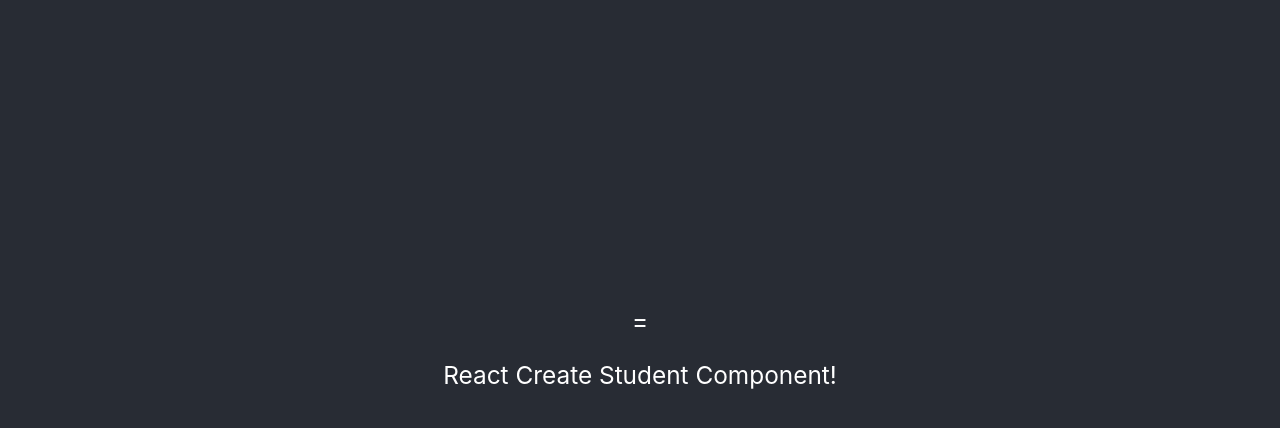
Repository: appikonda/MERN-Stack-App
Page: /
The author's editor kept a copy of each file at every save. The page is drawn from the files as they stood at one save, then again after the next save.
The browser window is 1280 px wide. The pictures show the whole page.
The project was rebuilt for these pictures with package versions that can differ from the ones it lists, and the page was loaded fresh each time.

Above is the page before, as saved 2019-11-21 15:06:23.

After the next save:
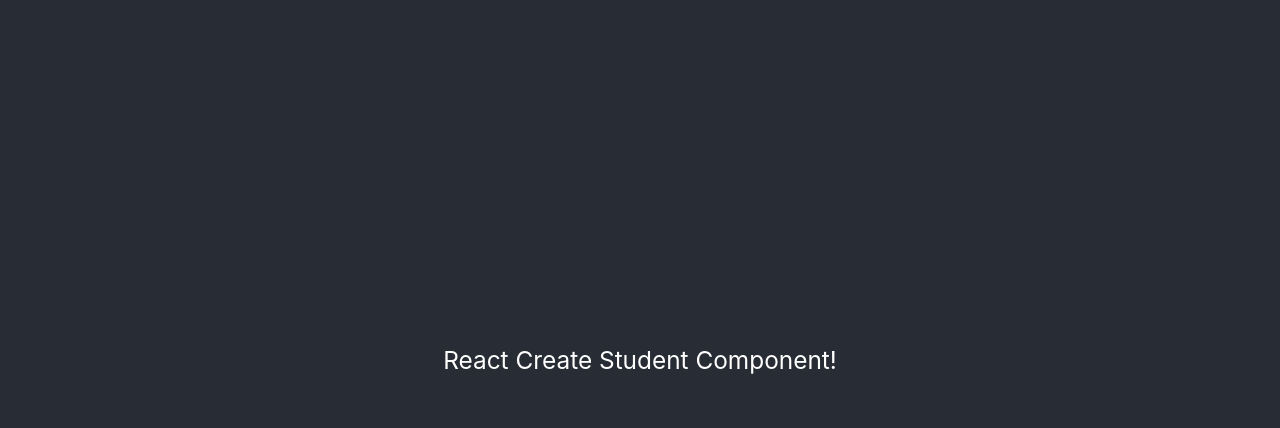
Saved 6 s later.
--- a/src/App.js
+++ b/src/App.js
@@ -7,7 +7,7 @@ function App() {
   return (
     <div className="App">
       <header className="App-header">
-       =<CreateStudent/>
+       <CreateStudent/>
       </header>
     </div>
   );
